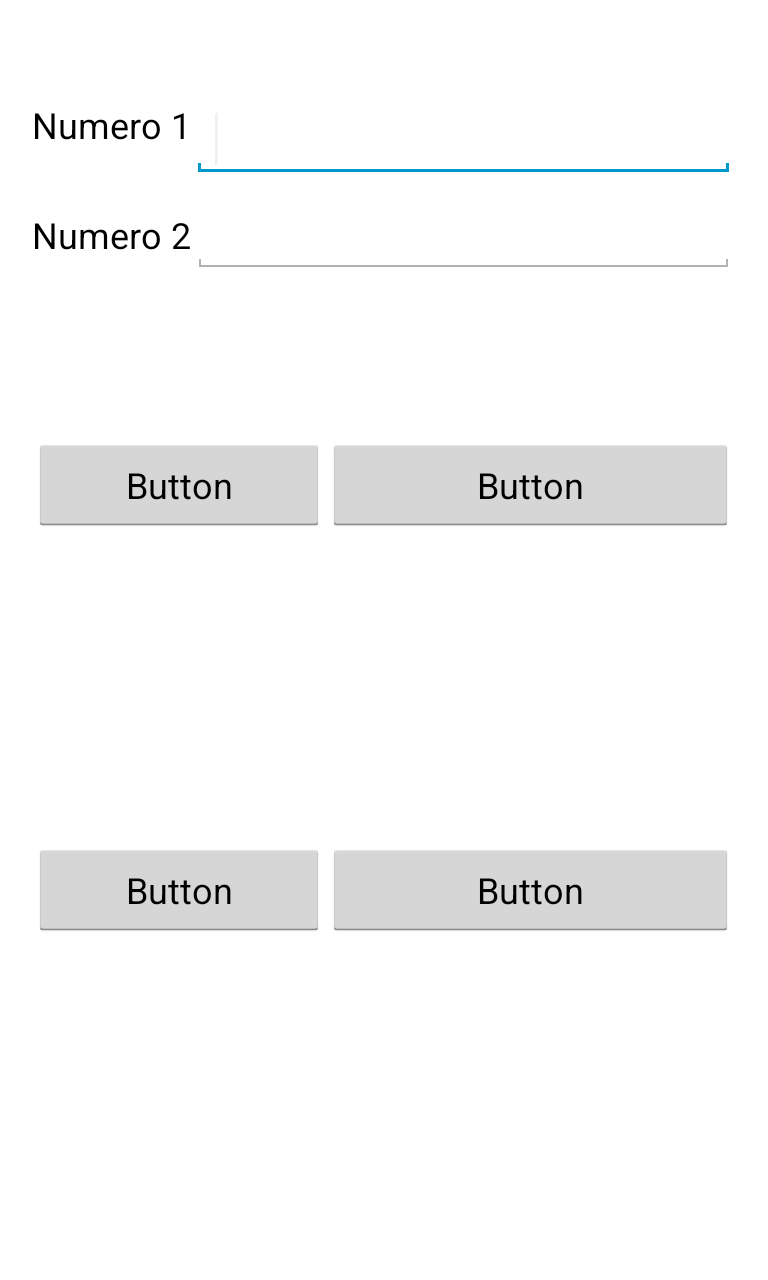
Repository: evervasquez/CursoAndroid
Layout: Precalculadora/res/layout/fragment_main.xml
The author's editor kept a copy of each file at every save. The layout is drawn from the files as they stood at one save, then again after the next save.
It is drawn on a 768 x 1280 px phone screen (xhdpi) without system bars, with theme AppTheme; the app's code is not run.

Above is the layout before, as saved 2014-04-29 03:31:26.

After the next save:
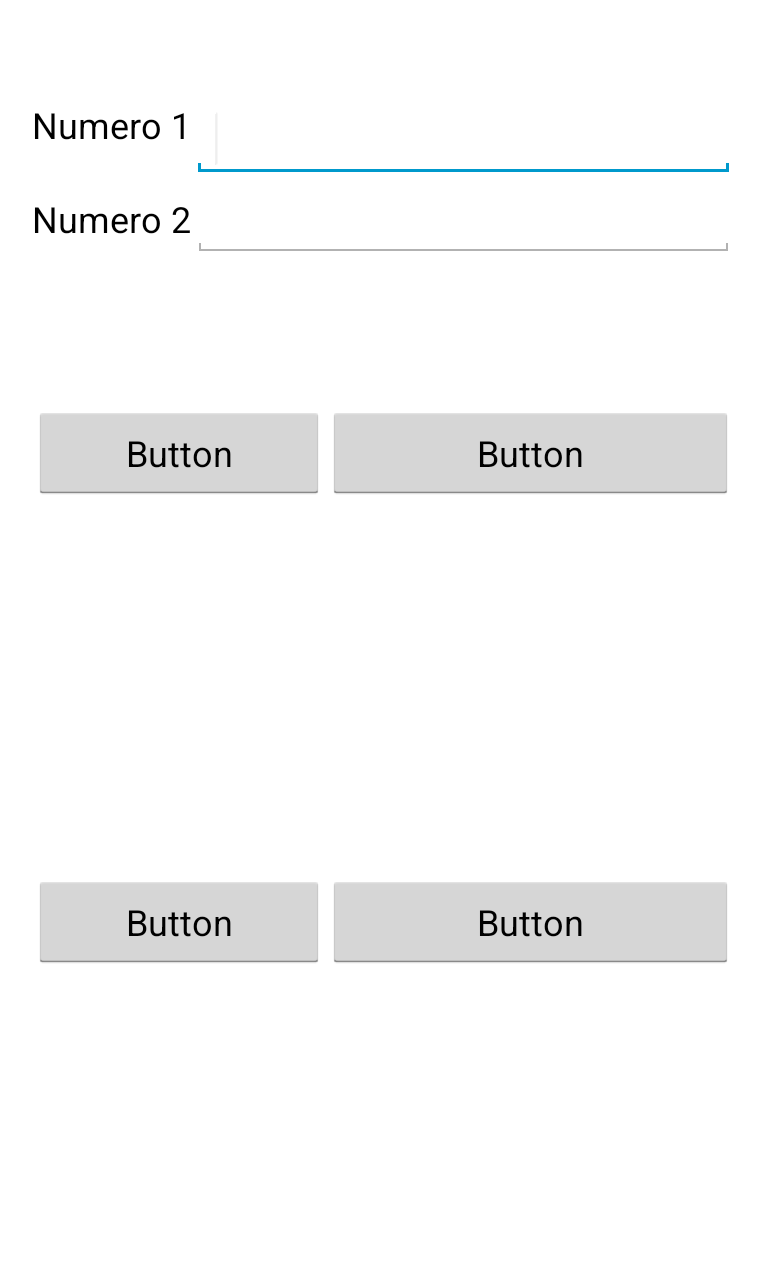
Saved 21 s later.
--- a/Precalculadora/res/layout/fragment_main.xml
+++ b/Precalculadora/res/layout/fragment_main.xml
@@ -64,7 +64,7 @@
 	<LinearLayout
 	    android:id="@+id/liner2"
 	    android:layout_width="fill_parent"
-	    android:layout_height="0dp"
+	    android:layout_height="wrap_content"
 	    android:layout_weight="1"
 	    android:orientation="horizontal" >
 

After the save that followed:
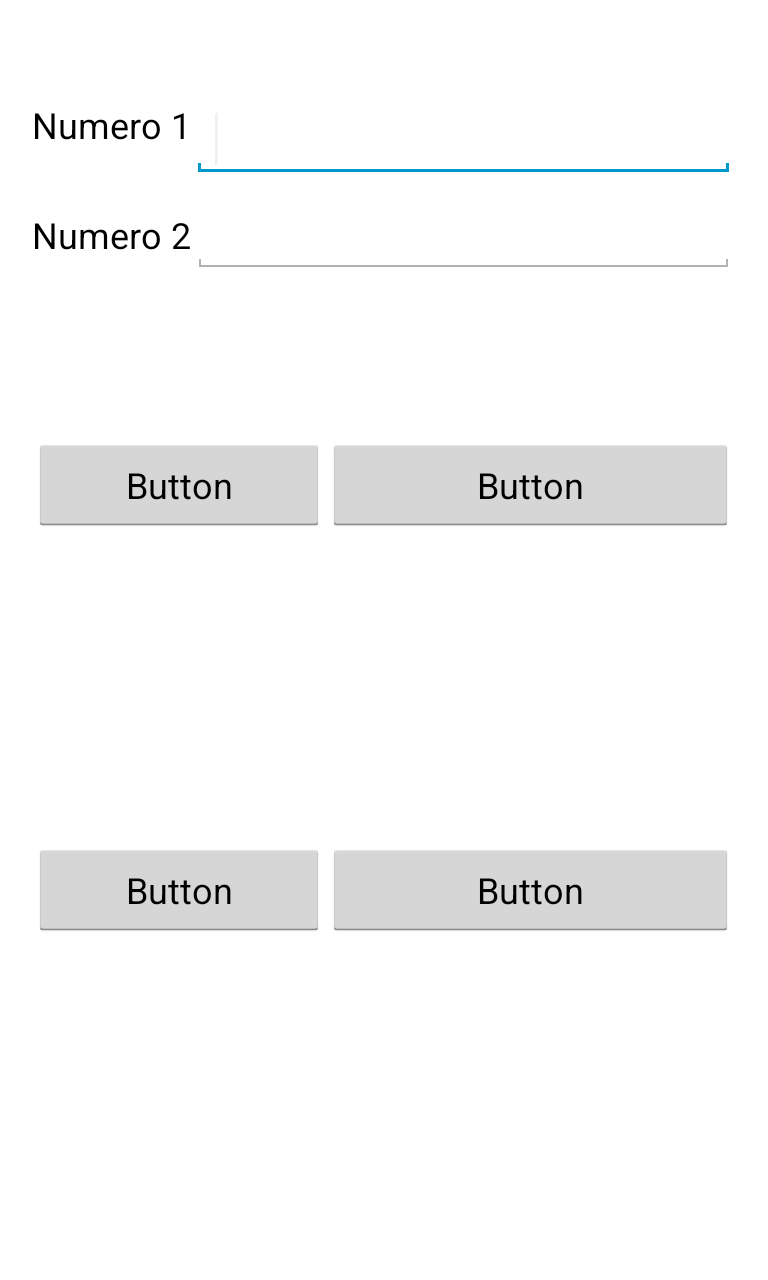
Saved 4 s later.
--- a/Precalculadora/res/layout/fragment_main.xml
+++ b/Precalculadora/res/layout/fragment_main.xml
@@ -64,7 +64,7 @@
 	<LinearLayout
 	    android:id="@+id/liner2"
 	    android:layout_width="fill_parent"
-	    android:layout_height="wrap_content"
+	    android:layout_height="0dp"
 	    android:layout_weight="1"
 	    android:orientation="horizontal" >
 
